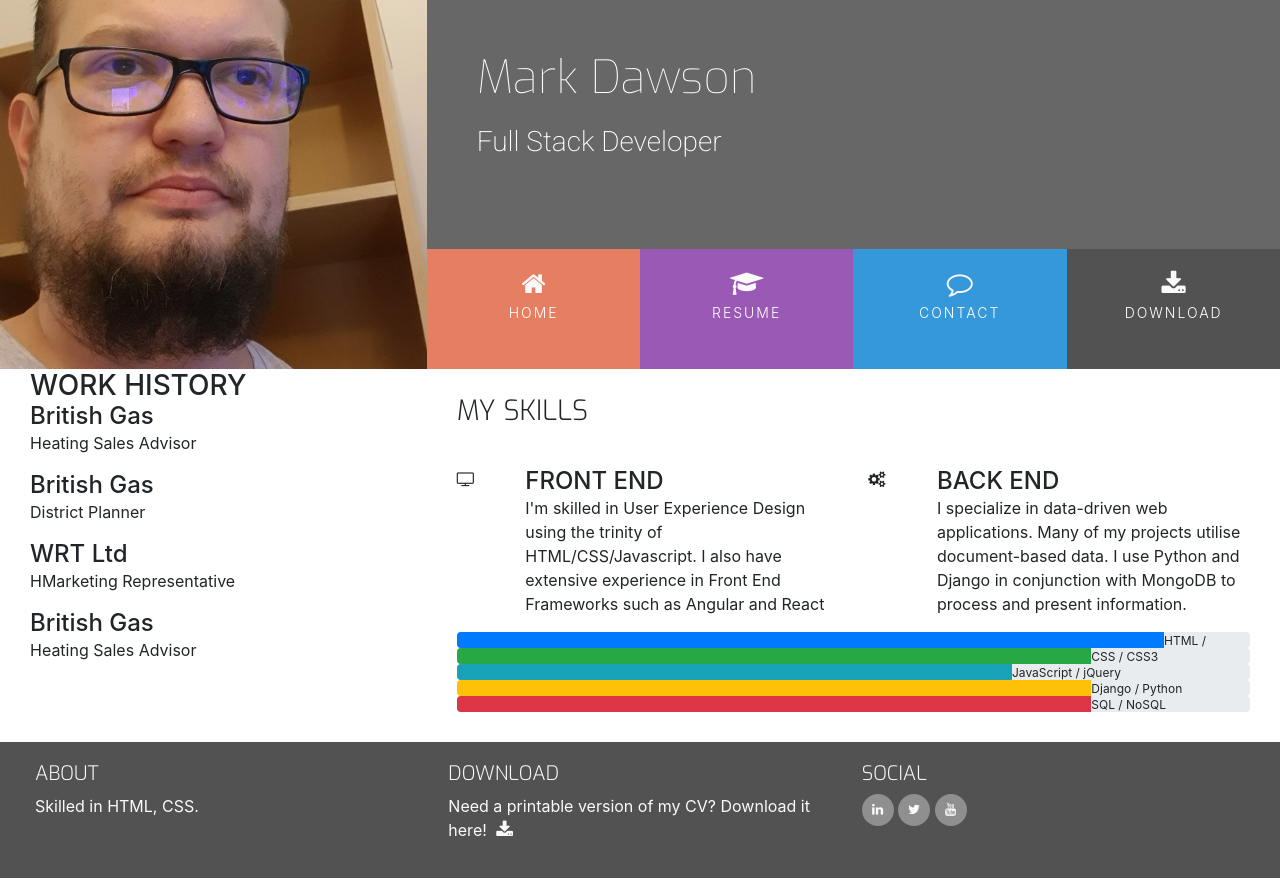
Repository: marcopolomt/resume
Page: resume.html
The author's editor kept a record of every edit. The page is drawn from the files as they stood at one moment, then again after the next edit.
The browser window is 1280 px wide. The pictures show the whole page.

Above is the page before.

After the next edit:
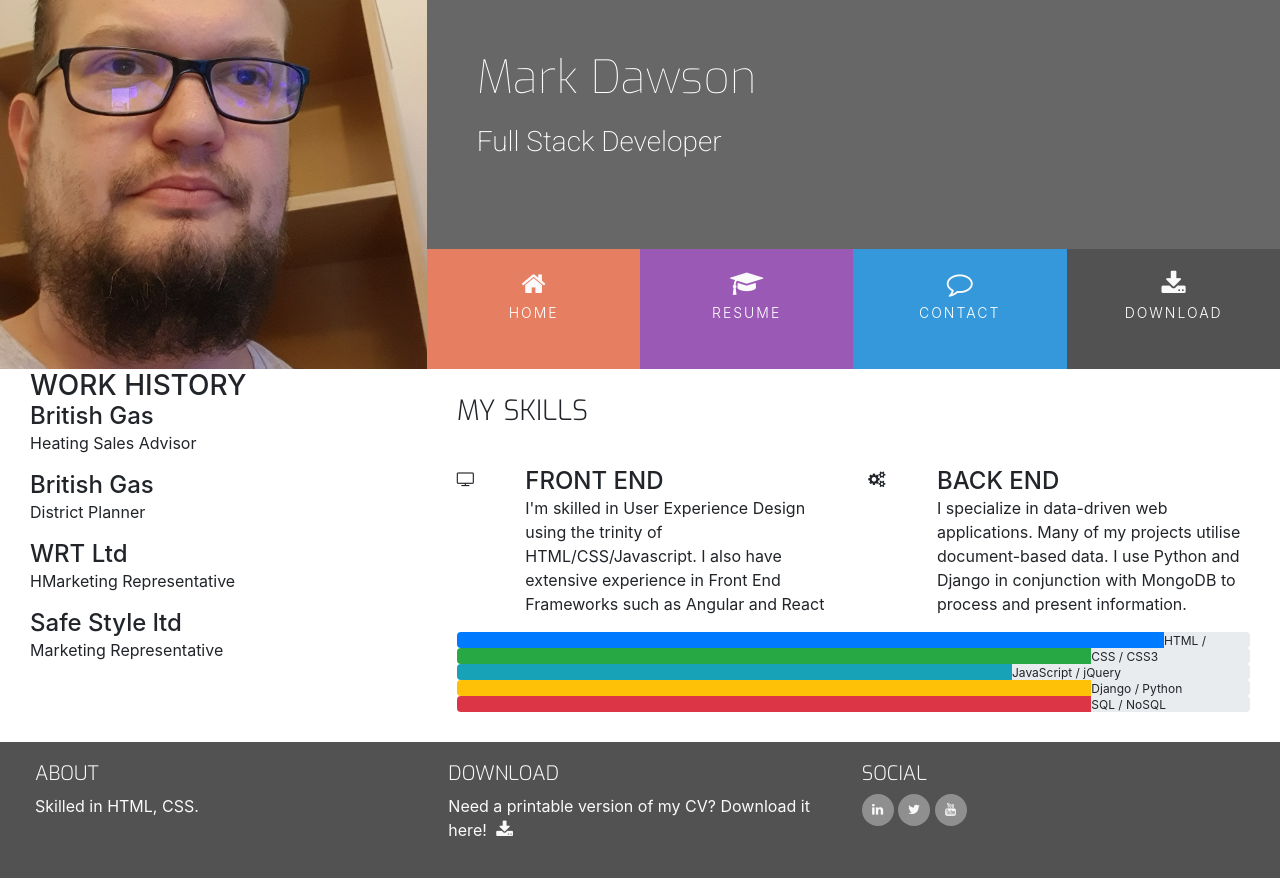
The edit:
--- a/resume.html
+++ b/resume.html
@@ -68,9 +68,9 @@
                     <h4>WRT Ltd</h4>
                     <p>HMarketing Representative</p>
                 </div>
-                <div class="timeline-item" data-dates="11/2010 - 06/2015">
-                    <h4>British Gas</h4>
-                    <p>Heating Sales Advisor</p>
+                <div class="timeline-item" data-dates="11/2010 - 03/2010">
+                    <h4>Safe Style ltd</h4>
+                    <p>Marketing Representative</p>
                 </div>
             </div>
             <div class="col-md-8 bg-color-three-reasons section-column">
